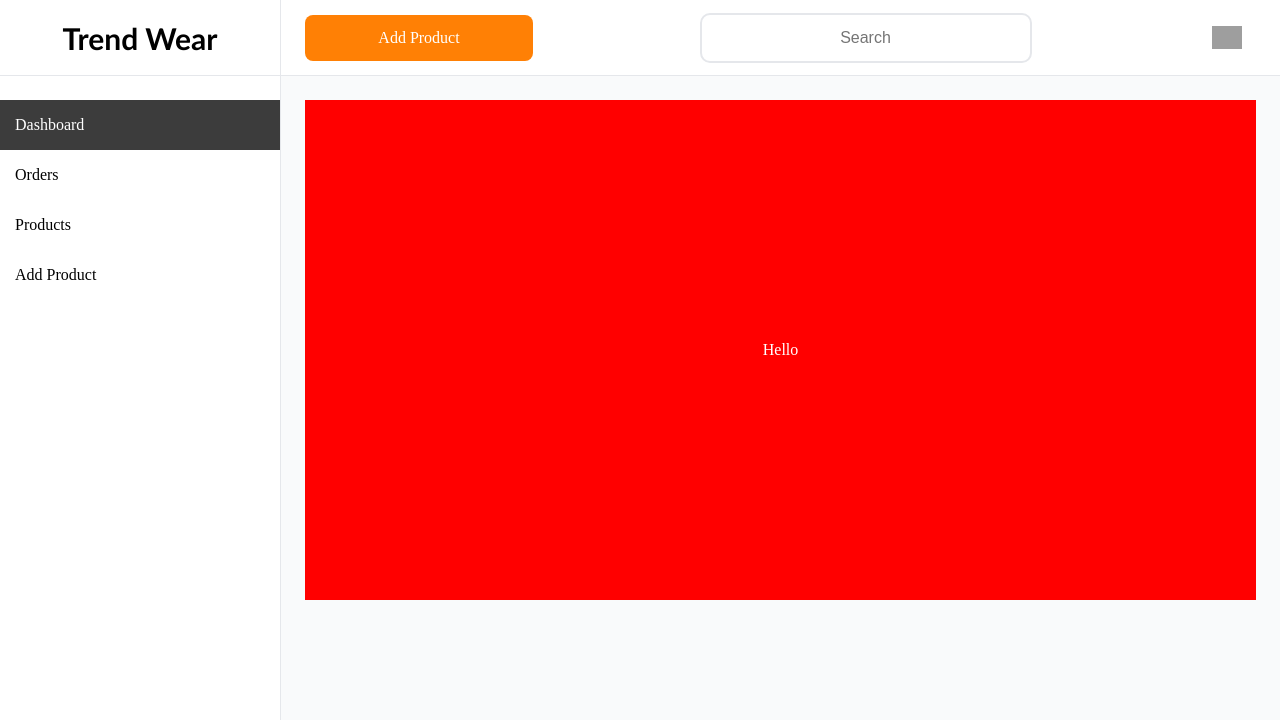
Repository: ahmad-dev7/TrendWear
Page: / (app in trend_wear_dashboard/)
These files come from the project's save history. The page is drawn as it stood at one moment and after the next save; the edit follows.
The browser window is 1280 px wide. The pictures show the whole page.
Pictures or frames that could not be fetched are drawn as grey boxes. The project was rebuilt for these pictures with package versions that can differ from the ones it lists, and the page was loaded fresh each time. Also part of the build but not shown: trend_wear_dashboard/vite.config.ts.

Above is the page before, as saved 2025-01-19 20:13:01.

### trend_wear_dashboard/index.html
<!doctype html>
<html lang="en">

<head>
  <meta charset="UTF-8" />
  <link rel="icon" type="image/svg+xml" href="/vite.svg" />
  <meta name="viewport" content="width=device-width, initial-scale=1.0" />
  <title>Trend Wear</title>
</head>

<body>
  <div id="root"></div>
  <script type="module" src="/src/main.tsx"></script>
</body>

</html>

### trend_wear_dashboard/src/main.tsx
import { StrictMode } from "react";
import { createRoot } from "react-dom/client";
//import "bootstrap/dist/css/bootstrap.css";
import "./App.css";
import App from "./App.tsx";

createRoot(document.getElementById("root")!).render(
  <StrictMode>
    <App />
  </StrictMode>
);

### trend_wear_dashboard/src/App.css
body {
    background-color: #F9FAFB;
    padding: 0;
    margin: 0;
}

#parent {
    display: flex;
}

### trend_wear_dashboard/src/App.tsx
import Dashboard from "./Body/Dashboard";
import Navbar from "./Navbar/Navbar";
import Sidebar from "./Sidebar/Sidebar";

function App() {
  return (
    <div id="parent">
      <Sidebar />
      <div style={{ flex: 1 }}>
        <Navbar />
        <Dashboard title="Dashboard Title" />
      </div>
    </div>
  );
}

export default App;

### trend_wear_dashboard/src/Body/Dashboard.tsx
import "./Dashboard.css";

const Dashboard = (title: string) => {
  return <div id="content-body">Hello</div>;
};

export default Dashboard;

### trend_wear_dashboard/src/Navbar/Navbar.tsx
import "./Navbar.css";

const Navbar = () => {
  return (
    <div>
      <div id="top-navbar">
        <div className="nav-item add-product-button">Add Product</div>
        <input className="nav-item" placeholder="Search" type="text" />
        <img
          src="/public/bell-icon.png"
          alt="Alerts icon"
          className="nav-item icon"
        />
      </div>
    </div>
  );
};

export default Navbar;

### trend_wear_dashboard/src/Sidebar/Sidebar.tsx
import "./Sidebar.css";
import SidebarContent from "./SidebarContent";

const Sidebar = () => {
  var tabs = ["Dashboard", "Orders", "Products", "Add Product"];

  const handleSelectTab = (tab: string) => {
    console.log(tab);
  };

  return (
    <div id="sidebar">
      <div className="header">Trend Wear</div>
      <ul id="sidebar-content">
        <SidebarContent tabs={tabs} onSelectTab={handleSelectTab} />
      </ul>
    </div>
  );
};

export default Sidebar;

### trend_wear_dashboard/src/Body/Dashboard.css
#content-body {
    height: 500px;
    margin: 24px;
    background-color: red;
    color: white;
    display: flex;
    align-items: center;
    justify-content: center;

}

### trend_wear_dashboard/src/Navbar/Navbar.css
#top-navbar {
    display: flex;
    justify-content: space-between;
    align-items: center;
    /* padding: 0 24px; */
    background-color: white;
    height: 75px;
    width: 100%;
    border-bottom: 1px solid #e5e7eb;
}

.nav-item {
    font-size: 16px;
    color: #333;
    text-align: center;
    width: 200px;
    border-radius: 8px;
    padding: 14px;
    text-decoration: none;
}

.add-product-button {
    color: white;
    margin-left: 24px;
    background-color: #ff8005;
}

#top-navbar input {
    border: none;
    outline: 2px solid #e5e7eb;
    flex-grow: 1;
    max-width: 300px;
}

#top-navbar img {
    height: 30px;
    width: 30px;
    margin-right: 24px;
    object-fit: contain;
}

### trend_wear_dashboard/src/Sidebar/sidebar.css
/* Sidebar.css */
#sidebar {
    background-color: white;
    width: 280px;
    /* Fixed width for the sidebar */
    height: 100vh;
    /* Ensures the sidebar takes full height */
    border-right: 1px solid #e5e7eb;
}

#sidebar .header {
    display: flex;
    justify-content: center;
    align-items: center;
    height: 75px;
    font-size: 30px;
    font-weight: bold;
    font-family: 'Gill Sans', 'Gill Sans MT', Calibri, 'Trebuchet MS', sans-serif;
    background-color: white;
    text-align: center;
    border-bottom: 1px solid #e5e7eb;
}

#sidebar-content {
    list-style-type: none;
    margin-top: 24px;
    padding: 0;
    cursor: pointer;
}

#sidebar-content .tab {
    height: 50px;
    color: black;
    display: flex;
    align-items: center;
    padding-left: 15px;
}

#sidebar-content .active {
    background-color: #3c3c3c;
    color: white;
}

#sidebar-content .tab:hover:not(.active) {
    background-color: #eaeaea;
}

### trend_wear_dashboard/src/Sidebar/SidebarContent.tsx
import "./Sidebar.css";
import { useState } from "react";

interface Props {
  tabs: string[];
  onSelectTab: (tab: string) => void;
}

const SidebarContent = ({ tabs, onSelectTab }: Props) => {
  const [active, setTab] = useState("Dashboard");
  return (
    <>
      {tabs.map((tab) => (
        <li
          key={tab}
          className={"tab " + (tab == active && "active")}
          onClick={() => {
            setTab(tab);
            onSelectTab(tab);
          }}
        >
          {tab}
        </li>
      ))}
    </>
  );
};

export default SidebarContent;

After the next save:
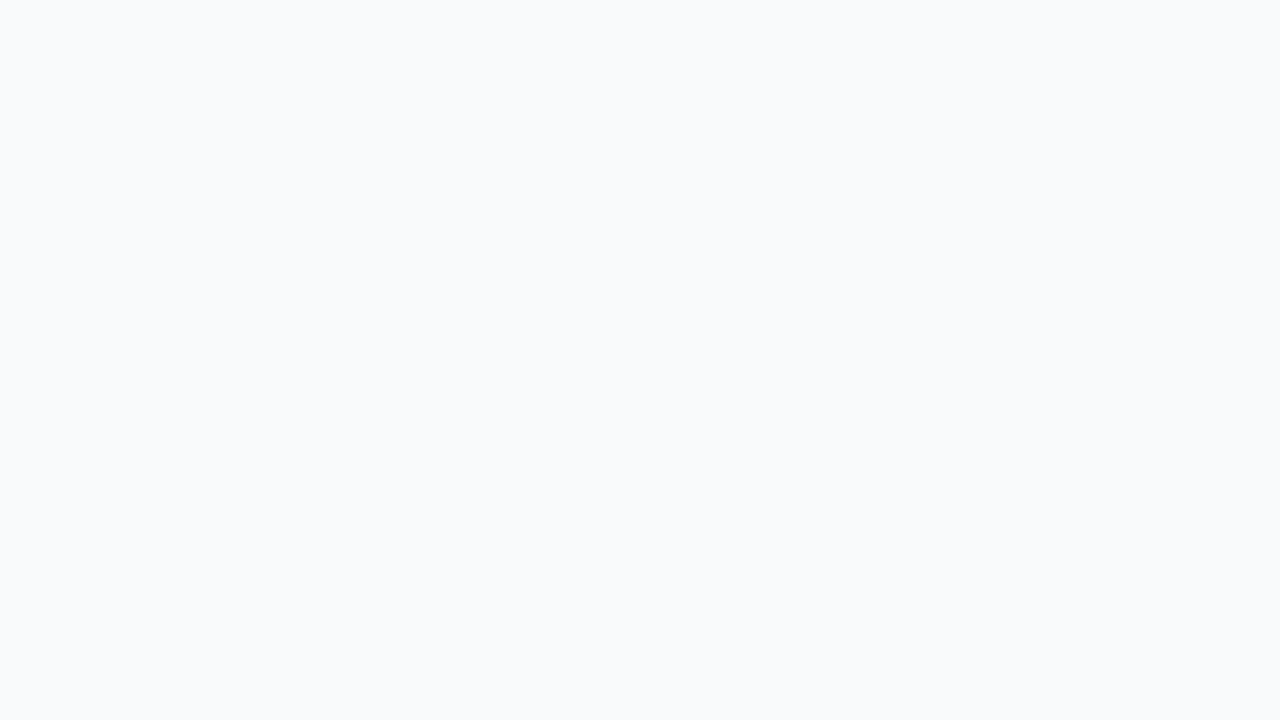
Console error (its wording comes from the project's code and is left out).
Saved 24 s later.
--- a/trend_wear_dashboard/src/Body/Dashboard.tsx
+++ b/trend_wear_dashboard/src/Body/Dashboard.tsx
@@ -1,7 +1,7 @@
 import "./Dashboard.css";
 
 const Dashboard = (title: string) => {
-  return <div id="content-body">Hello</div>;
+  return <div id="content-body">{title}</div>;
 };
 
 export default Dashboard;

After the save that followed:
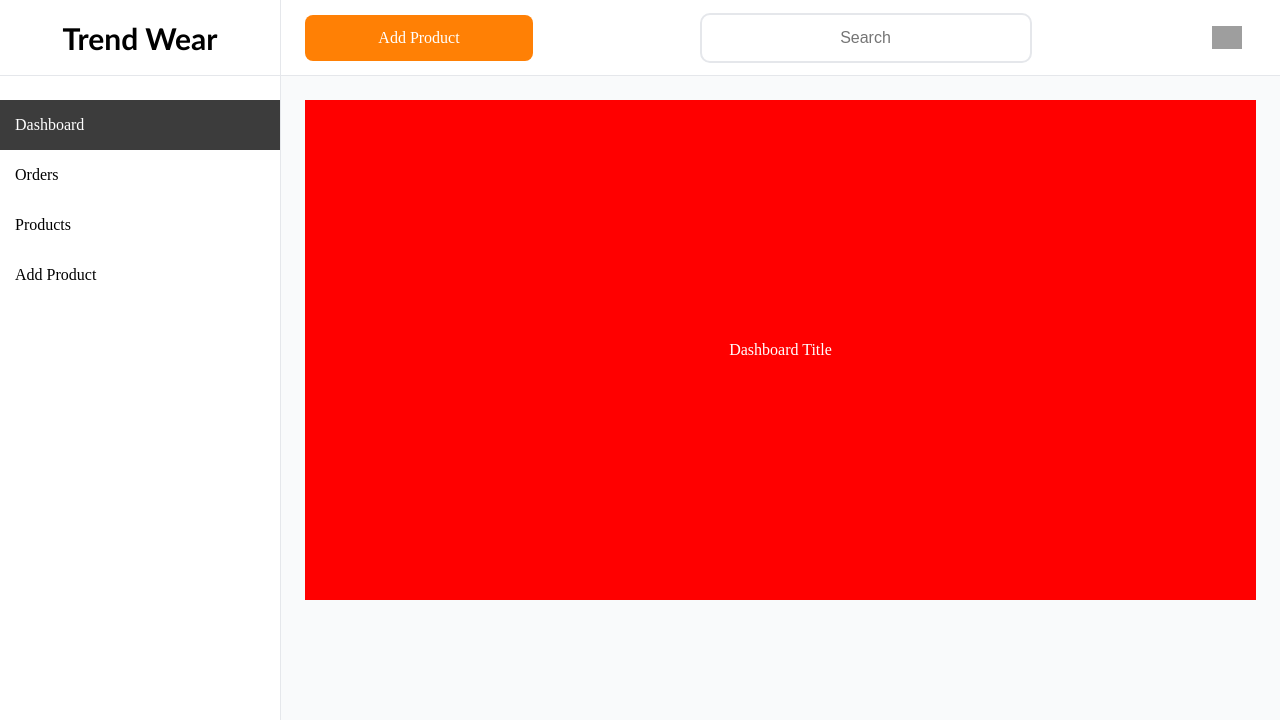
The error is gone.
Saved 2 min 17 s later.
--- a/trend_wear_dashboard/src/Body/Dashboard.tsx
+++ b/trend_wear_dashboard/src/Body/Dashboard.tsx
@@ -1,6 +1,10 @@
 import "./Dashboard.css";
 
-const Dashboard = (title: string) => {
+interface Props {
+  title: string;
+}
+
+const Dashboard = ({ title }: Props) => {
   return <div id="content-body">{title}</div>;
 };
 
